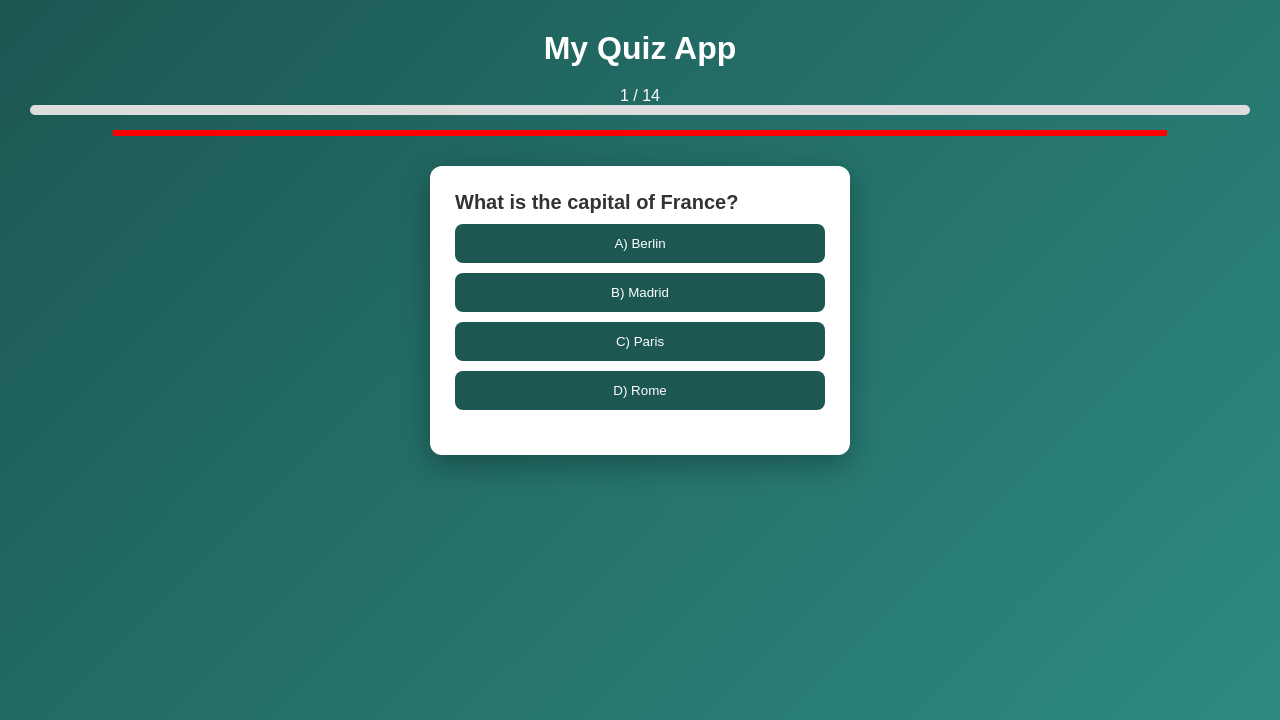
Repository: fatimaqueen9967-eng/SyntacexhubQuizApp
Page: index.html
The author's editor kept a copy of each file at every save. The page is drawn from the files as they stood at one save, then again after a run of saves.
The browser window is 1280 px wide. The pictures show the whole page.

Above is the page before, as saved 2026-03-15 07:00:51.

### index.html
<!DOCTYPE html>
<html lang="en">
<head>
    <meta charset="UTF-8">
    <meta name="viewport" content="width=device-width, initial-scale=1.0">
    <title>QUIZ APP</title>
    <link rel="stylesheet" href="style.css">
</head>
<body>
    <h1>My Quiz App</h1>
    <div id="counter">1 / 14</div>
<div class="progress-container">
<div class="progress-bar" id="progress"></div>
</div>

<div class="timer" id="timer"></div>

<div id="message"></div>

    <div class="box">
        <div class="question">
            <p>What is the capital of France?</p>
        </div>
        <div class="options">
            <button>A) Berlin</button>
            <button>B) Madrid</button>
            <button>C) Paris</button>
            <button>D) Rome</button>
        </div>
        <div class="question">
            <p>What is the capital of France?</p>
        </div>
        <div class="options">
            <button>A) Berlin</button>
            <button>B) Madrid</button>
            <button>C) Paris</button>
            <button>D) Rome</button>
        </div>
        <div class="question">
            <p>What is the capital of France?</p>
        </div>
        <div class="options">
            <button>A) Berlin</button>
            <button>B) Madrid</button>
            <button>C) Paris</button>
            <button>D) Rome</button>
        </div>
        <div class="question">
            <p>What is the complete form of HTML?</p>
        </div>
        <div class="options">
            <button>A) Hyper Text Markup Language</button>
            <button>B) High Text Markup Language</button>
            <button>C) Hyper Text Market Language</button>
            <button>D) Rome</button>
        </div>
        <div class="question">
            <p>What is Generative AI?</p>
        </div>
        <div class="options">
            <button>A) AI that generates new content</button>
            <button>B) AI that understands natural language</button>
            <button>C) AI that can play games</button>
            <button>D) AI that can recognize images</button>
        </div>
        <div class="question">
            <p>COMPUTER stands for?</p>
        </div>
        <div class="options">
            <button>A) Common Operating Machine Programming Element</button>
            <button>B) Common operation mechanics program electricity</button>
            <button>C) Computer Operating Machine Programming Element</button>
            <button>D) Computer operation mechanics program electricity</button>
        </div>
        <div class="question">
        <p>What is the role of javascript in web development?</p>
    </div>
    <div class="options">
        <button>A) Adds interactivity to web pages</button>
        <button>B) Styles web pages</button>
        <button>C) Structures web pages</button>
        <button>D) None of the above</button>
    </div>
        <div class="question">
        <p>DOM stands for?</p>
    </div>
    <div class="options">
        <button>A) Document Object Model</button>
        <button>B) Data Object Model</button>
        <button>C) Document Oriented Model</button>
        <button>D) Data Oriented Model</button>
    </div>
        <div class="question">
        <p>what is CSS?</p>
    </div>
    <div class="options">
        <button>A) CSS is a language used in web development in order to style web pages</button>
        <button>B) Body of a page</button>
        <button>C) Head of a page</button>
        <button>D) None of the above</button>
    </div>
        <div class="question">
        <p>what does CreateElement do in javascript?</p>
    </div>
    <div class="options">
        <button>A) Creates a new HTML element</button>
        <button>B) Removes an existing HTML element</button>
        <button>C) Modifies an existing HTML element</button>
        <button>D) None of the above</button>
    </div>
        <div class="question">
        <p>what is the use of addEventListener in javascript?</p>
    </div>
    <div class="options">
        <button>A) Adds an event listener to an HTML element</button>
        <button>B) Removes an event listener from an HTML element</button>
        <button>C) Modifies an event listener on an HTML element</button>
        <button>D) None of the above</button>
    </div>

        <div class="question">
        <p>Who is the founder of Microsoft?</p>
    </div>
    <div class="options">
        <button>A) Steve Jobs</button>
        <button>B) Bill Gates</button>
        <button>C) Mark Zuckerberg</button>
        <button>D) Elon Musk</button>
    </div>
        <div class="question">
        <p>What is Bootstrap?</p>
    </div>
    <div class="options">
        <button>A) A CSS framework</button>
        <button>B) A JavaScript library</button>
        <button>C) A front-end framework</button>
        <button>D) A back-end framework</button>
    </div>
        <div class="question">
        <p>what is the full form of CSS?</p>
    </div>
    <div class="options">
        <button>A) Cascading Style Sheets</button>
        <button>B) Computer Style Sheets</button>
        <button>C) Creative Style Sheets</button>
        <button>D) Colorful Style Sheets</button>
    </div>
    </div>

<script src="script.js"></script>
</body>
</html>

### style.css
*{
margin:0;
padding:0;
box-sizing:border-box;
font-family: Arial, sans-serif;
}

body{
background: linear-gradient(135deg,#1c5752,#2d8a82);
min-height:100vh;
display:flex;
flex-direction:column;
align-items:center;
padding:30px;
color:white;
}

/* Heading */

h1{
margin-bottom:20px;
animation:fadeDown 1s ease;
}

/* Quiz Box */

.box{
background:white;
color:#333;
padding:25px;
border-radius:12px;
width:420px;
max-width:95%;
box-shadow:0 10px 30px rgba(0,0,0,0.3);
}

/* Questions */

.question{
font-size:20px;
font-weight:bold;
margin-bottom:10px;
}

/* Options */

.options{
display:flex;
flex-direction:column;
gap:10px;
margin-bottom:20px;
}

.options button{
padding:12px;
border:none;
border-radius:8px;
background:#1c5752;
color:white;
cursor:pointer;
transition:0.3s;
}

.options button:hover{
background:#14433f;
transform:scale(1.05);
}

.correct{
background:green !important;
}

.wrong{
background:red !important;
}

/* Appreciation text */

#message{
text-align:center;
font-weight:bold;
margin-top:10px;
font-size:18px;
}

/* Progress Bar */

.progress-container{
width:100%;
background:#ddd;
border-radius:20px;
margin-bottom:15px;
overflow:hidden;
}

.progress-bar{
height:10px;
background:#1c5752;
width:0%;
transition:0.4s;
}

/* Timer */

.timer{
height:6px;
background:red;
width:100%;
margin-bottom:20px;
transition:width 1s linear;
}

/* Animations */

@keyframes fadeDown{
from{
opacity:0;
transform:translateY(-20px);
}
to{
opacity:1;
transform:translateY(0);
}
}

/* Responsive */

@media(max-width:500px){

.box{
width:100%;
padding:20px;
}

.question{
font-size:18px;
}

}

### script.js
const questions = document.querySelectorAll(".question");
const options = document.querySelectorAll(".options");
const buttons = document.querySelectorAll(".options button");

const progress = document.getElementById("progress");
const timerBar = document.getElementById("timer");
const message = document.getElementById("message");

let current = 0;
let score = 0;
let time = 30;
let timer;

/* Correct answers */

const answers = [
"C) Paris",
"C) Paris",
"C) Paris",
"A) Hyper Text Markup Language",
"A) AI that generates new content",
"A) Common Operating Machine Programming Element",
"A) Adds interactivity to web pages",
"A) Document Object Model",
"A) CSS is a language used in web development in order to style web pages",
"A) Creates a new HTML element",
"A) Adds an event listener to an HTML element",
"B) Bill Gates",
"C) A front-end framework",
"A) Cascading Style Sheets"
];

/* Hide all questions */

function showQuestion(index){

questions.forEach(q => q.style.display="none");
options.forEach(o => o.style.display="none");

questions[index].style.display="block";
options[index].style.display="flex";

updateProgress();
startTimer();

}

/* Progress bar */

function updateProgress(){

let percent = ((current)/questions.length)*100;
progress.style.width = percent + "%";

}

/* Timer */

function startTimer(){

clearInterval(timer);

time = 30;

timerBar.style.width="100%";

timer = setInterval(()=>{

time--;

timerBar.style.width = (time/30)*100 + "%";

if(time<=0){

clearInterval(timer);
nextQuestion();

}

},1000);

}

/* Check answer */

buttons.forEach(btn=>{

btn.addEventListener("click",function(){

clearInterval(timer);

let userAnswer = this.innerText;

if(userAnswer === answers[current]){

this.classList.add("correct");
score++;

message.innerText = "🔥 Wow Very Nice!";

}else{

this.classList.add("wrong");
message.innerText = "🙂 Good Try!";

}

setTimeout(()=>{

message.innerText="";
nextQuestion();

},1500);

});

});

/* Next Question */

function nextQuestion(){

current++;

if(current < questions.length){

showQuestion(current);

}else{

showResult();

}

}

/* Final Score */

function showResult(){

document.querySelector(".box").innerHTML = `

<h2>🎉 Quiz Completed!</h2>

<h3>Your Score: ${score} / ${questions.length}</h3>

<p>Great job! Keep learning 🚀</p>

`;

}

/* Start quiz */

showQuestion(current);

After the next 3 saves:
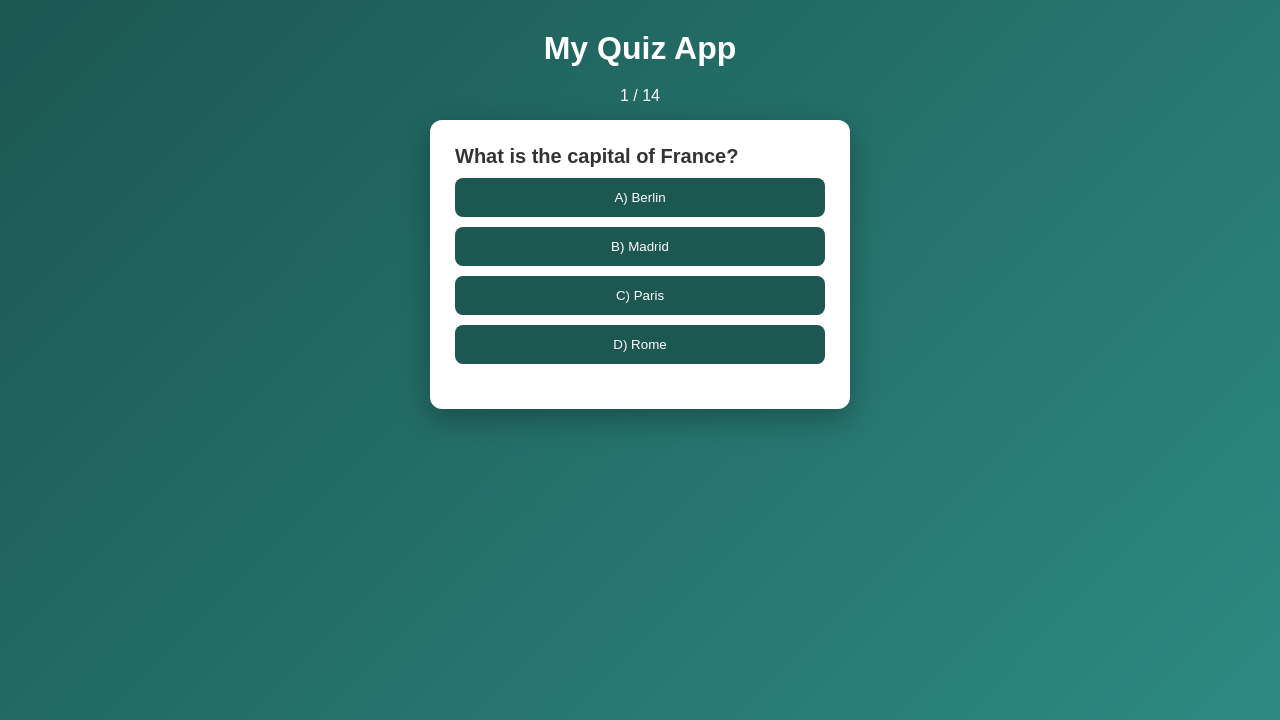
Console error: TypeError: Cannot read properties of null (reading 'style')
The 3 saves are shown as one change because they came seconds apart.
The last was saved 29 s later.
--- a/index.html
+++ b/index.html
@@ -10,12 +10,10 @@
     <h1>My Quiz App</h1>
     <div id="counter">1 / 14</div>
 <div class="progress-container">
-<div class="progress-bar" id="progress"></div>
+<div id="progress-bar"></div>
 </div>
 
-<div class="timer" id="timer"></div>
-
-<div id="message"></div>
+<div id="timer-bar"></div>
 
     <div class="box">
         <div class="question">
